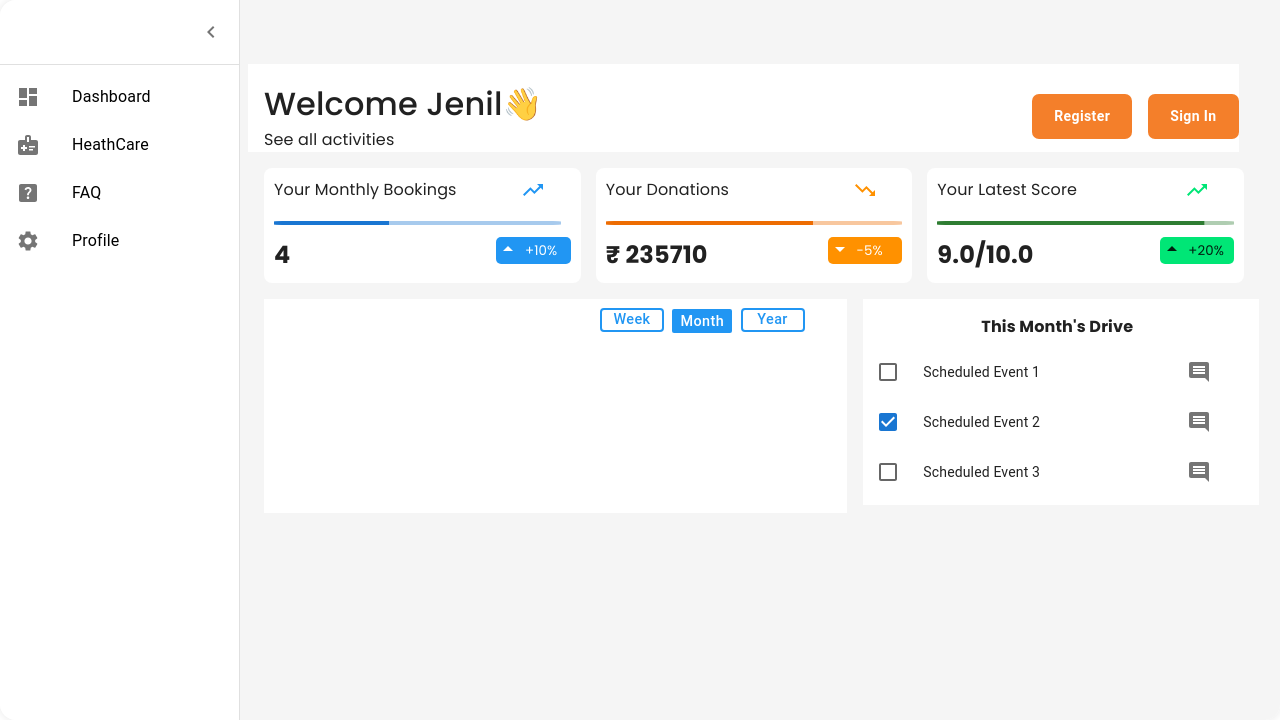
Repository: shubhampirate/Google_Solutions_Edural
Page: /dashboard
The author's editor kept a copy of each file at every save. The page is drawn from the files as they stood at one save, then again after the next save.
The browser window is 1280 px wide. The pictures show the whole page.
The page's requests for data from a server got no answer. The project was rebuilt for these pictures with package versions that can differ from the ones it lists, and the page was loaded fresh each time. Some packages were replaced by stand-ins written for this rebuild. No one was signed in, and anything a server would have sent is missing. Also part of the build but not shown: src/Components/Navbar.jsx, src/Components/Footer.jsx, src/Components/CongratsCard.jsx, src/pages/Hero/Hero.jsx, src/pages/Sign_in.jsx.

Above is the page before, as saved 2024-02-03 17:57:19.

### src/App.jsx
import Hero from "./pages/Hero/Hero";
import Dashboard from "./pages/Dashboard/Dashboard";
import SignIn from "./pages/Sign_in";
import {useState} from "react";
import { Route, Routes } from "react-router-dom";
function App() {
  return (
    <>
      {/* <Hero />   */}
      {/* <SignIn /> */}
      <Routes>
        <Route path="/signin" element={<><SignIn /></>} />
        <Route path="/dashboard" element={<><Dashboard /></>} />
        {/* <Route path="/education" element={<><Education /></>} /> */}
        {/* <Route path="/health" element={<><Health /></>} /> */}
        {/* <Route path="/profile" element={<><Profile /></>} /> */}
        {/* <Route path="/finance" element={<><Finance /></>} /> */}
        {/* <Route path="/questions" element={<><Questions /></>} /> */}
        {/* <Route path="/retireaibot" element={<><Bot /></>} /> */}
        <Route path="/" element={<><Hero /></>} />
      </Routes>
         </>
  );
}

export default App;

### src/pages/Dashboard/Dashboard.jsx
    import * as React from 'react';
    import { styled, createTheme, ThemeProvider } from '@mui/material/styles';
    import CssBaseline from '@mui/material/CssBaseline';
    import MuiDrawer from '@mui/material/Drawer';
    import Box from '@mui/material/Box';
    import MuiAppBar from '@mui/material/AppBar';
    import Toolbar from '@mui/material/Toolbar';
    import {
    LinearProgress, ListItem, CircularProgress, Checkbox, ListItemText, Dialog, DialogActions, DialogContent,
    DialogContentText, DialogTitle, ListItemIcon, ListItemButton
    } from '@mui/material';
    import TrendingUpIcon from '@mui/icons-material/TrendingUp';
    // import { PieChart } from '@mui/x-charts/PieChart';
    // import { useDrawingArea } from '@mui/x-charts/hooks';
    import TrendingDownIcon from '@mui/icons-material/TrendingDown';
    import List from '@mui/material/List';
    import Divider from '@mui/material/Divider';
    import IconButton from '@mui/material/IconButton';
    import ArrowDropUpIcon from '@mui/icons-material/ArrowDropUp';
    import ArrowDropDownIcon from '@mui/icons-material/ArrowDropDown';
    import Grid from '@mui/material/Grid';
    import MenuIcon from '@mui/icons-material/Menu';
    import ChevronLeftIcon from '@mui/icons-material/ChevronLeft';
    import { mainListItems } from '../../Components/listItems';
    import axios from 'axios';
    import Button from '@mui/material/Button';
    import CommentIcon from '@mui/icons-material/Comment';
    import Swal from 'sweetalert2';
    import { useState } from 'react';
    import { useEffect } from 'react';
    import CustomButton from "../../Components/CustomButton";
    // import { Bar } from "react-chartjs-2";
    // import { BarElement, CategoryScale, Chart as ChartJS, Legend, LinearScale, Title, Tooltip } from "chart.js";
    // import GoogleTranslateComponent from '../../Components/GoogleTranslateComponent';
    // import csacc from "../../media/csacc.png"
    // import creditscoremodel from "../../media/creditscoremodel.png"
    // import creditflow from "../../media/creditflowchart.png"
    // ChartJS.register(CategoryScale, LinearScale, BarElement, Title, Tooltip, Legend);

    const drawerWidth = 240;

    const AppBar = styled(MuiAppBar, {
    shouldForwardProp: (prop) => prop !== 'open',
    })(({ theme, open }) => ({
    zIndex: theme.zIndex.drawer + 1,
    transition: theme.transitions.create(['width', 'margin'], {
        easing: theme.transitions.easing.sharp,
        duration: theme.transitions.duration.leavingScreen,
    }),
    ...(open && {
        marginLeft: drawerWidth,
        width: `calc(100% - ${drawerWidth}px)`,
        transition: theme.transitions.create(['width', 'margin'], {
        easing: theme.transitions.easing.sharp,
        duration: theme.transitions.duration.enteringScreen,
        }),
    }),
    }));

    const Drawer = styled(MuiDrawer, { shouldForwardProp: (prop) => prop !== 'open' })(
    ({ theme, open }) => ({
        '& .MuiDrawer-paper': {
        position: 'relative',
        whiteSpace: 'nowrap',
        width: drawerWidth,
        transition: theme.transitions.create('width', {
            easing: theme.transitions.easing.sharp,
            duration: theme.transitions.duration.enteringScreen,
        }),
        boxSizing: 'border-box',
        ...(!open && {
            overflowX: 'hidden',
            transition: theme.transitions.create('width', {
            easing: theme.transitions.easing.sharp,
            duration: theme.transitions.duration.leavingScreen,
            }),
            width: theme.spacing(7),
            [theme.breakpoints.up('sm')]: {
            width: theme.spacing(9),
            },
        }),
        },
    }),
    );

    var currentDate = new Date();

    var months = [
    "January", "February", "March", "April", "May", "June",
    "July", "August", "September", "October", "November", "December"
    ];

    var formattedDate = months[currentDate.getMonth()] + " " + currentDate.getDate() + ", " + currentDate.getFullYear();

    const defaultTheme = createTheme();

    export default function Dashboard() {
    const [open, setOpen] = React.useState(true);
    const toggleDrawer = () => {
        setOpen(!open);
    };

    const [expensedata, setExpensedata] = useState([])

    useEffect(() => {
        loadList();
    }, []);


    const loadList = async () => {
        const result = await axios.get(`https://wixstocle.pythonanywhere.com/api/expense/`, {
        headers: { "Authorization": `Token 11c868750d92deda81638c5a9a59177bdc7ae41a` },
        });
        console.log(result.data.data);
        setExpensedata(result.data.data);
    }

    const getLabels = () => expensedata.slice(-5).map(data => data.date);

    const getData = (key) => expensedata.slice(-5).map(data => data[key]);

    const optionsexpense = {
        indexAxis: 'x',
        elements: {
        bar: {
            borderWidth: 0,
        },
        },
        responsive: true,
        interaction: {
        mode: 'index',
        intersect: false,
        },
        scales: {
        x: {
            stacked: false,
        },
        y: {
            stacked: false,
        },
        },
        plugins: {
        legend: {
            position: 'top',
        }
        },
    };

    const dataexpense = {
        labels: getLabels(),
        datasets: [
        {
            label: 'Revenue',
            data: getData('income'),
            backgroundColor: '#2196f3',
        },
        {
            label: 'Spendings',
            data: getData('expense'),
            backgroundColor: '#ff9100',
        },
        {
            label: 'Savings',
            data: getData('savings'),
            backgroundColor: '#00e676',
        },
        ],
    };

    const today = new Date();
    const year = today.getFullYear();
    const month = String(today.getMonth() + 1).padStart(2, '0'); // Months are zero-based
    const day = String(today.getDate()).padStart(2, '0');

    const todayDate = `${year}-${month}-${day}`;

    const [userData, setUserData] = React.useState({
        income: '',
        savings: '',
        expense: '',
        date: todayDate,
        user: "tony@gmail.com"
    });

    const handleChangePlan = (field, value) => {
        setUserData((prevData) => ({ ...prevData, [field]: value }));
    };
    const creditscore = 87.4;

    const handlePostData = () => {
        console.log(userData);
        fetch(`https://wixstocle.pythonanywhere.com/api/expense/`, {
        method: 'POST',
        headers: {
            "Authorization": `Token 11c868750d92deda81638c5a9a59177bdc7ae41a`,
            'Content-Type': 'application/json',
        },
        body: JSON.stringify(userData),
        })
        .then((response) => response.json())
        .then((data) => {
            // console.log(data);
            if (data.status == true) {
            Swal.fire({
                icon: 'success',
                title: 'Successfully Saved the details',
                showConfirmButton: false,
                timer: 3000
            })
            setExpensedata([...expensedata, userData]);
            }
            else {
            Swal.fire({
                icon: 'error',
                title: data.message,
                showConfirmButton: false,
                timer: 3000
            })
            }
        });
    };


    //   function PieCenterLabel({ children }) {
    //     const { width, height, left, top } = useDrawingArea();
    //     return (
    //       <StyledText x={left + width / 2} y={top + height / 2}>
    //         {children}
    //       </StyledText>
    //     );
    //   }

    const [checked, setChecked] = React.useState([1]);

    const handleToggle = (value) => () => {
        const currentIndex = checked.indexOf(value);
        const newChecked = [...checked];

        if (currentIndex === -1) {
        newChecked.push(value);
        } else {
        newChecked.splice(currentIndex, 1);
        }

        setChecked(newChecked);
    };
    return (
        <ThemeProvider theme={defaultTheme}>
        <Box sx={{ display: 'flex', borderRadius: '16px', overflow: 'hidden', boxShadow: '0px 0px 10px rgba(0, 0, 0, 0.1)' }} >
            <CssBaseline />
            <AppBar position="absolute" open={open} sx={{ backgroundColor: "whitesmoke", boxShadow: 'none' }}>
            <Toolbar
                sx={{
                pr: '24px', // keep right padding when drawer closed
                display: 'flex',
                alignItems: 'center',
                justifyContent: 'space-between',
                }}>
                <Box sx={{ display: 'flex', alignItems: 'center' }}>
                <IconButton
                    edge="start"
                    aria-label="open drawer"
                    onClick={toggleDrawer}
                    sx={{
                    marginRight: '36px',
                    ...(open && { display: 'none' }),
                    backgroundColor: "#fff"
                    }}>
                    <MenuIcon />
                </IconButton>
                </Box>
            </Toolbar>
            </AppBar>
            <Drawer variant="permanent" open={open}>
            <Toolbar
                sx={{
                display: 'flex',
                alignItems: 'center',
                justifyContent: 'flex-end',
                px: [1],
                }}
            >
                {/* <GoogleTranslateComponent /> */}
                <IconButton onClick={toggleDrawer}>
                <ChevronLeftIcon />
                </IconButton>
            </Toolbar>
            <Divider />
            <List component="nav">
                {mainListItems}
            </List>
            </Drawer>
            <Box
            component="main"
            sx={{
                backgroundColor: (theme) =>
                theme.palette.mode === 'light'
                    ? theme.palette.grey[100]
                    : theme.palette.grey[900],
                flexGrow: 1,
                height: '100vh',
                overflow: 'auto',
            }}>
            <Toolbar />
            <div>
        <Grid container spacing={2} marginTop="0.02rem" paddingLeft={3} paddingRight={2}>
            <Grid item xs={6} style={{ backgroundColor: "white"}} >
            <div style={{ fontSize: '2rem', fontWeight: '500' }}>Welcome Jenil👋</div>
            <div>See all activities</div>
            </Grid>
            <Grid item xs={5.7} display="flex" justifyContent="flex-end" alignItems="center" style={{ backgroundColor: "white"}}>
            <Box
        sx={{
          display: "flex",
          alignItems: "center",
          justifyContent: "center",
          gap: "1rem",
        }}
      >
        <CustomButton
          backgroundColor="#F47F2A"
          color="#fff"
          buttonText="Register"

        />
        {/* <NavLink variant="body2">Sign Up</NavLink> */}
        <CustomButton
          backgroundColor="#F47F2A"
          color="#fff"
          buttonText="Sign In"

        />
      </Box>
            </Grid>
        </Grid>
        </div>

            <Grid container spacing={2} marginTop="1rem" paddingLeft={5} paddingRight={2}>
                <Grid item xs={12} md={3.8} style={{ backgroundColor: "white", padding: "10px", marginRight: "15px", borderRadius: "0.5rem" }}>
                <Grid item xs={12}>
                    <Grid container>
                    <Grid item xs={10}><div>Your Monthly Bookings</div></Grid>
                    <Grid item xs={2}><TrendingUpIcon sx={{ color: "#2196f3" }} /></Grid>
                    </Grid>
                    <Grid item xs={12}>
                    <LinearProgress variant="determinate" value={40} sx={{ color: "#2196f3", borderRadius: "10%", margin: "12px 10px 12px 0px" }} />
                    </Grid>
                    <Grid item xs={12}>
                    <Grid container>
                        <Grid item xs={9}>
                        <div style={{ fontSize: "1.5rem", fontWeight: "550" }}> 4</div>
                        </Grid>
                        <Grid item xs={3} style={{ backgroundColor: "#2196f3", color: "white", borderRadius: "5px", height: "1.65rem" }}>
                        <ArrowDropUpIcon /> <sup>+10%</sup>
                        </Grid>
                    </Grid>
                    </Grid>
                </Grid>
                </Grid>
                <Grid item xs={12} md={3.8} style={{ backgroundColor: "white", padding: "10px", marginRight: "15px", borderRadius: "0.5rem" }}>
                <Grid item xs={12}>
                    <Grid container>
                    <Grid item xs={10}><div>Your Donations</div></Grid>
                    <Grid item xs={2}><TrendingDownIcon sx={{ color: "#ff9100" }} /></Grid>
                    </Grid>
                    <Grid item xs={12}>
                    <LinearProgress variant="determinate" value={70} color='warning' sx={{ borderRadius: "10%", margin: "12px 0px" }} />
                    </Grid>
                    <Grid item xs={12}>
                    <Grid container>
                        <Grid item xs={9}>
                    <div style={{ fontSize: "1.5rem", fontWeight: "550" }}>₹ 235710</div>
                        </Grid>
                        <Grid item xs={3} style={{ backgroundColor: "#ff9100", color: "white", borderRadius: "5px", height: "1.65rem" }}>
                        <ArrowDropDownIcon /> <sup>-5%</sup>
                        </Grid>
                    </Grid>
                    </Grid>
                </Grid>
                </Grid>
                <Grid item xs={12} md={3.8} style={{ backgroundColor: "white", padding: "10px", marginRight: "15px", borderRadius: "0.5rem" }}>
                <Grid item xs={12}>
                    <Grid container>
                    <Grid item xs={10}><div>Your Latest Score</div></Grid>
                    <Grid item xs={2}><TrendingUpIcon sx={{ color: "#00e676" }} /></Grid>
                    </Grid>
                    <Grid item xs={12}>
                    <LinearProgress variant="determinate" value={90} color="success" style={{ borderRadius: "10%", margin: "12px 0px" }} />
                    </Grid>
                    <Grid item xs={12}>
                    <Grid container>
                        <Grid item xs={9}>
    <div style={{ fontSize: "1.5rem", fontWeight: "550" }}> 9.0/10.0</div>
                        </Grid>
                        <Grid item xs={3} style={{ backgroundColor: "#00e676", borderRadius: "5px", height: "1.65rem" }}>
                        <ArrowDropUpIcon /> <sup>+20%</sup>
                        </Grid>
                    </Grid>
                    </Grid>
                </Grid>
                </Grid>
                {/* <Grid item xs={12} md={2.5} style={{ backgroundColor: "white", padding: "10px", borderRadius: "0.5rem" }}> */}
                {/* <Grid container spacing={2}> */}
                    {/* <Grid item xs={12}>Today's Savings Deal</Grid> */}
                    {/* <Grid item xs={12}>
                    <LinearProgress variant="determinate" value={0} color='secondary' sx={{ borderRadius: "10%", margin: "3px 0px" }} />
                    </Grid> */}
                    {/* <Grid item xs={12} sx={{ fontWeight: "550", marginTop: "-10px" }}>Buy Doctor Shoes from Amazon and save over <br />₹ 1500</Grid> */}
                {/* </Grid> */}
                {/* </Grid> */}
            </Grid>
            <Grid container spacing={2} marginTop="1rem" paddingLeft={5} paddingRight={2} marginBottom={2}>
                <Grid item xs={7} sx={{ backgroundColor: "white", padding: "5px", marginRight: "1rem" }}>
                <Grid container spacing={2} padding={1}>
                    <Grid xs={7}></Grid>
                    <Grid xs={1.5}><Button style={{
                    borderColor: "#2196f3", color: "#2196f3", height: "1.5rem", textTransform: "capitalize",
                    fontSize: "0.9rem", border: "2px solid", textAlign: "left"
                    }}>Week</Button></Grid>
                    <Grid xs={1.5}><Button style={{
                    backgroundColor: "#2196f3", color: "white", height: "1.75rem", textTransform: "capitalize",
                    fontSize: "0.9rem", border: "2px solid", textAlign: "left"
                    }}>Month</Button></Grid>
                    <Grid xs={1}><Button style={{
                    borderColor: "#2196f3", color: "#2196f3", height: "1.5rem", textTransform: "capitalize",
                    fontSize: "0.9rem", border: "2px solid", textAlign: "left"
                    }}>Year</Button></Grid>
                    <Grid xs={12} marginTop={2}>
                    {/* <Bar options={optionsexpense} data={dataexpense} /> */}
                    </Grid>
                </Grid>
                </Grid>
                <Grid item xs={4.75} >
                <Grid container spacing={2} >

                    <Grid item xs={12}>
                    <Grid container spacing={2} sx={{ backgroundColor: "white", marginBottom: "0.5rem" }}>
                        <Grid item xs={12} style={{ textAlign: "center", marginLeft: "-0.75rem", fontWeight: "600" }}>This Month's Drive</Grid>
                        <List sx={{ width: '100%', maxWidth: 360, bgcolor: 'background.paper' }}>
                        {[0, 1, 2].map((value) => {
                            const labelId = `checkbox-list-label-${value}`;
                            return (
                            <ListItem
                                key={value}
                                secondaryAction={
                                <IconButton edge="end" aria-label="comments">
                                    <CommentIcon />
                                </IconButton>
                                }
                                disablePadding
                            >
                                <ListItemButton role={undefined} onClick={handleToggle(value)} dense>
                                <ListItemIcon>
                                    <Checkbox
                                    edge="start"
                                    checked={checked.indexOf(value) !== -1}
                                    tabIndex={-1}
                                    disableRipple
                                    inputProps={{ 'aria-labelledby': labelId }}
                                    />
                                </ListItemIcon>
                                <ListItemText id={labelId} style={{ marginLeft: "-0.75rem" }} primary={`Scheduled Event ${value + 1}`} />
                                </ListItemButton>
                            </ListItem>
                            );
                        })}
                        </List>
                    </Grid>
                    </Grid>
                </Grid>
                </Grid>
            </Grid>

            </Box>
        </Box >
        </ThemeProvider >
    );
    }

### src/Components/CustomButton.jsx
import { Button, styled } from "@mui/material";
import React from "react";

const CustomButton = ({
  backgroundColor,
  color,
  buttonText,
  heroBtn,
  guideBtn,
  getStartedBtn,
}) => {
  const CustomButton = styled(Button)(({ theme }) => ({
    backgroundColor: backgroundColor,
    color: color,
    fontWeight: "700",
    fontSize: "14px",
    cursor: "pointer",
    padding: "0.5rem 1.25rem",
    borderRadius: "7px",
    textTransform: "none",
    display: "block",
    border: "2px solid transparent",
    "&:hover": {
      backgroundColor: color,
      color: backgroundColor,
      borderColor: backgroundColor,
    },
    [theme.breakpoints.down("md")]: {
      margin: (heroBtn || getStartedBtn) && theme.spacing(0, "auto", 3, "auto"),
      width: (heroBtn || getStartedBtn) && "90%",
    },
    [theme.breakpoints.down("sm")]: {
      marginTop: guideBtn && theme.spacing(3),
      width: guideBtn && "90%",
    },
  }));

  return <CustomButton>{buttonText}</CustomButton>;
};

export default CustomButton;

Loaded but not shown: public/index.html (common file); src/index.css (common file); src/index.js (18 lines, source omitted); src/Components/listItems.jsx (103 lines, source omitted)

After the next save:
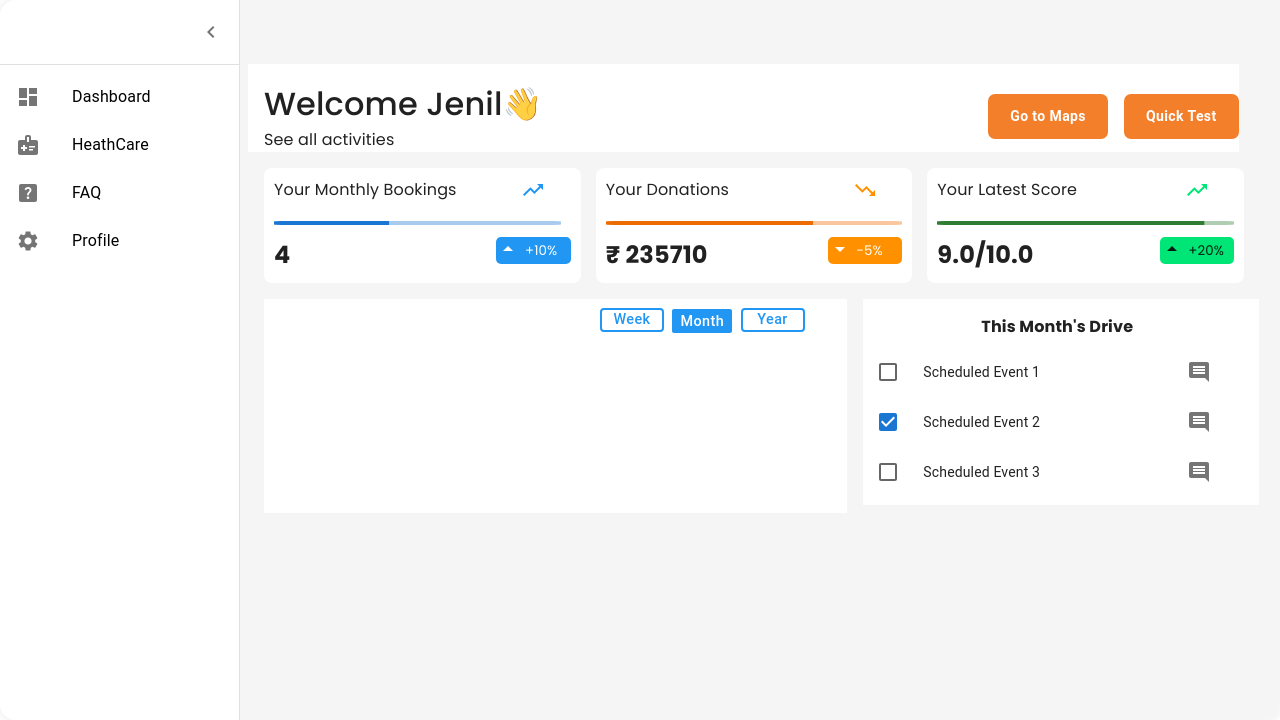
Saved 26 s later.
--- a/src/pages/Dashboard/Dashboard.jsx
+++ b/src/pages/Dashboard/Dashboard.jsx
@@ -320,14 +320,14 @@
         <CustomButton
           backgroundColor="#F47F2A"
           color="#fff"
-          buttonText="Register"
+          buttonText="Go to Maps"
 
         />
         {/* <NavLink variant="body2">Sign Up</NavLink> */}
         <CustomButton
           backgroundColor="#F47F2A"
           color="#fff"
-          buttonText="Sign In"
+          buttonText="Quick Test"
 
         />
       </Box>
